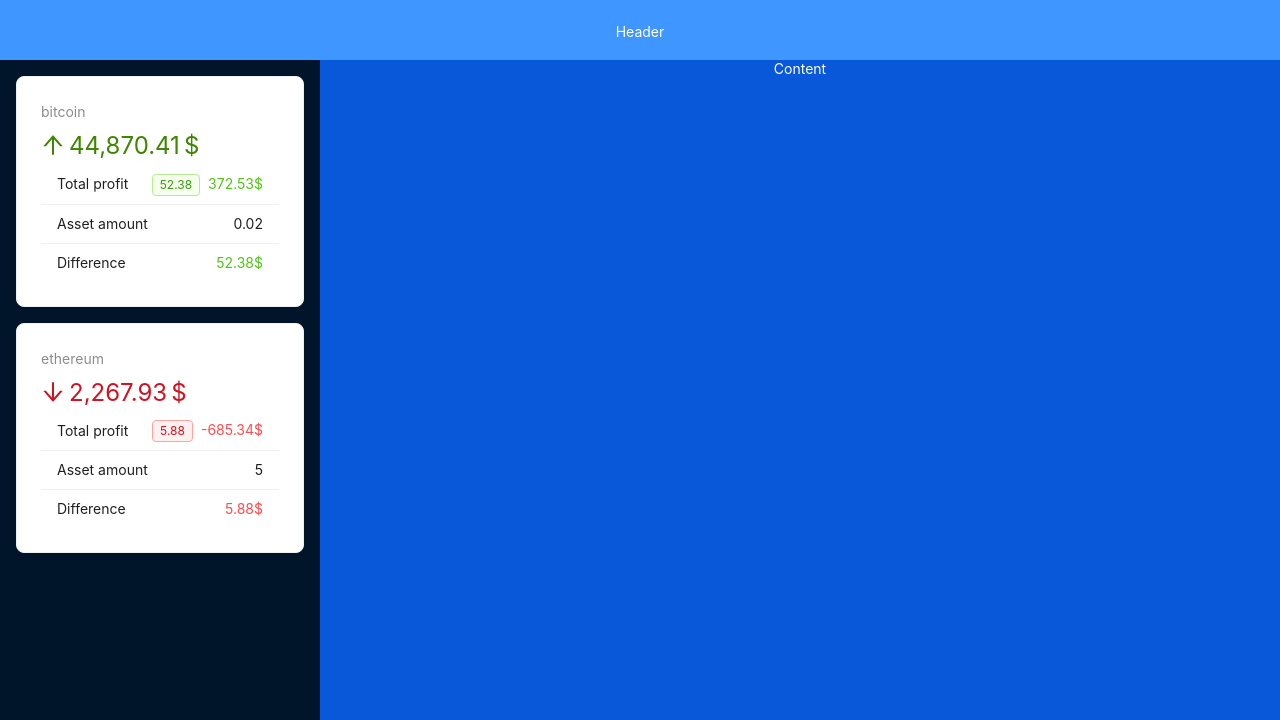
Repository: iveivs/ninim
Page: / (app in react-crypto-initial/)
The author's editor kept a copy of each file at every save. The page is drawn from the files as they stood at one save, then again after the next save.
The browser window is 1280 px wide. The pictures show the whole page.
The project was rebuilt for these pictures with package versions that can differ from the ones it lists, and the page was loaded fresh each time. Also part of the build but not shown: react-crypto-initial/vite.config.js.

Above is the page before, as saved 2024-02-18 17:39:40.

### react-crypto-initial/src/App.jsx
import { Layout } from "antd";
import AppContent from "./components/layout/AppContent";
import AppHeader from "./components/layout/AppHeader";
import AppSider from "./components/layout/AppSider";

export default function App() {
    return (
        <Layout >
            <AppHeader  />
            <Layout>
                <AppSider  />
                <AppContent  />
            </Layout>
        </Layout>
    );
}

### react-crypto-initial/src/components/layout/AppContent.jsx
import { Layout } from "antd";
const contentStyle = {
    textAlign: "center",
    minHeight: 'calc(100vh - 60px)',
    color: "#fff",
    backgroundColor: "#0958d9",
};

export default function AppContent() {
    return (
        <Layout.Content style={contentStyle}>Content</Layout.Content>
    )
}

### react-crypto-initial/src/components/layout/AppHeader.jsx
import { Layout } from "antd";
const headerStyle = {
    textAlign: "center",
    color: "#fff",
    height: 60,
    paddingInline: 48,
    lineHeight: "64px",
    backgroundColor: "#4096ff",
};
export default function AppHeader() {
    return (
        <Layout.Header style={headerStyle}>Header</Layout.Header>
    )
}

### react-crypto-initial/src/components/layout/AppSider.jsx

import { useEffect, useState } from "react";
import { Layout, Card, Statistic, List, Typography, Spin, Tag } from "antd";
import { ArrowDownOutlined, ArrowUpOutlined } from '@ant-design/icons';
import { fakeFetchCrypto, fetchAssets } from '../../api'
import { percentDifference } from '../../utils'
const siderStyle = {
    padding: '1rem',
};

export default function AppSider() {
    const [loading, setLoading ] = useState(false)
    const [crypto, setCrypto ] = useState([])
    const [assets, setAssets ] = useState([])

    useEffect(() => {
        async function preload() {
            setLoading(true)
            const { result } = await fakeFetchCrypto()
            const assets = await fetchAssets()

            setAssets(assets.map(asset => {
                const coin = result.find((c) => c.id === asset.id)
                return {
                    grow: asset.price < coin.price,
                    growPercent: percentDifference(asset.price, coin.price),
                    totalAmount: asset.amount + coin.price,
                    totalProfit: asset.amount * coin.price - asset.amount * asset.price,
                    ...asset
                }
            }))
            setCrypto(result)
            setLoading(false)
        }
        preload()
    }, [])

    if(loading) {
        return <Spin fullscreen />
    }
    return (
        <Layout.Sider width="25%" style={siderStyle}>

            {assets.map(asset => (
                <Card key={asset.id} style={{marginBottom: '1rem'}} >
                    <Statistic
                        title={asset.id}
                        value={asset.totalAmount}
                        precision={2}
                        valueStyle={{ color: asset.grow ? '#3f8600' : '#cf1322'}}
                        prefix={ asset.grow ? <ArrowUpOutlined /> : <ArrowDownOutlined />}
                        suffix="$"
                    />
                    <List
                        size="small"
                        dataSource={[
                            {title: "Total profit", value: asset.totalProfit, withTag: true},
                            {title: "Asset amount", value: asset.amount, isPlain: true},
                            {title: "Difference", value: asset.growPercent},
                        ]}
                        renderItem={(item) => (
                            <List.Item>
                                <span>{item.title}</span>
                                <span>
                                    {item.withTag && (
                                        <Tag color={asset.grow ? 'green' : 'red'}>
                                            {asset.growPercent}
                                        </Tag>
                                    )}
                                    {item.isPlain && item.value}
                                    {!item.isPlain && (
                                    <Typography.Text type={asset.grow ? 'success' : 'danger'}>
                                        {item.value.toFixed(2)}$
                                    </Typography.Text>
                                    )}
                                </span>
                            </List.Item>
                        )}
                    />
                </Card>
            ))}


            {/* <Card>
                <Statistic
                    title="Idle"
                    value={9.3}
                    precision={2}
                    valueStyle={{ color: '#cf1322' }}
                    prefix={<ArrowDownOutlined />}
                    suffix="%"
                />
            </Card> */}
        </Layout.Sider>
    );
}

### react-crypto-initial/src/api.js
import { cryptoData, cryptoAssets} from './data'

export function fakeFetchCrypto() {
    return new Promise((resolve) => {
        setTimeout(() => {
            resolve(cryptoData)
        }, 200)
    })
}

export function fetchAssets() {
    return new Promise((resolve) => {
        setTimeout(() => {
            resolve(cryptoAssets)
        }, 200)
    })
}

### react-crypto-initial/src/utils.js
export function percentDifference(a, b){
    return +(100 * Math.abs((a - b) / ((a + b) / 2))).toFixed(2)
}

Loaded but not shown: react-crypto-initial/index.html (common file); react-crypto-initial/src/main.jsx (common file); react-crypto-initial/src/index.css (common file); react-crypto-initial/src/data.js (625 lines, source omitted)

After the next save:
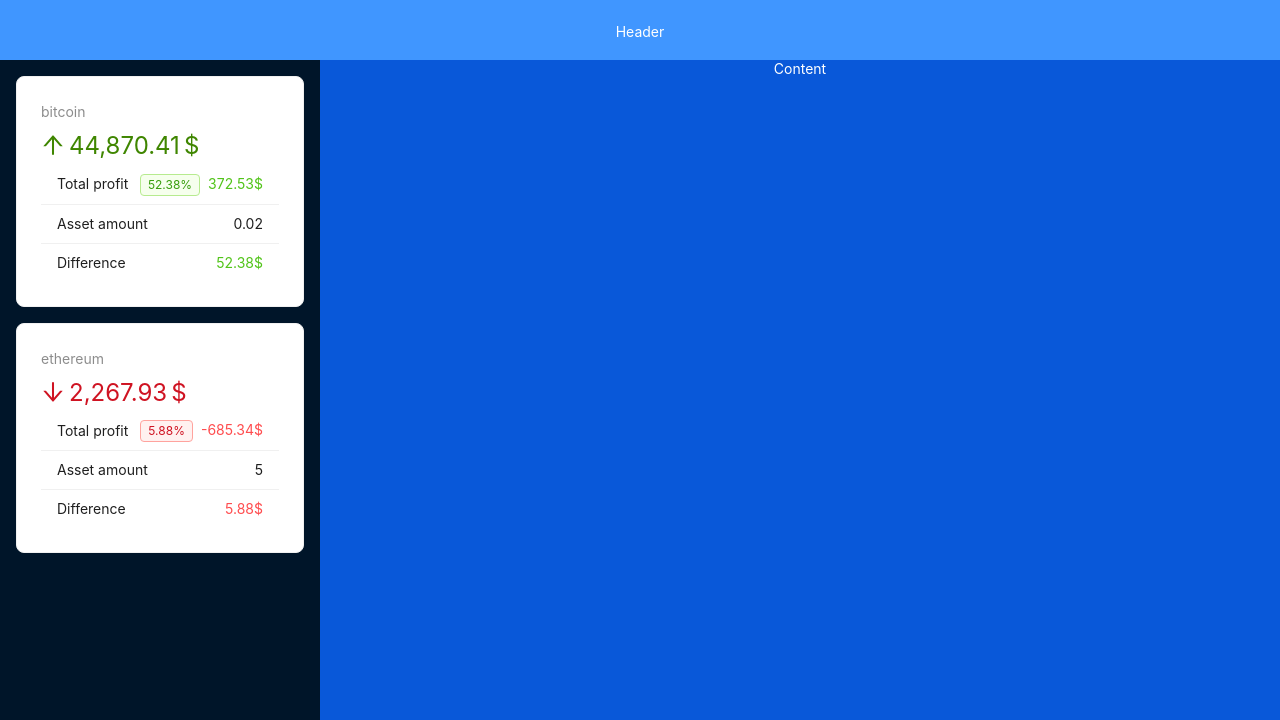
Saved 5 s later.
--- a/react-crypto-initial/src/components/layout/AppSider.jsx
+++ b/react-crypto-initial/src/components/layout/AppSider.jsx
@@ -64,7 +64,7 @@
                                 <span>
                                     {item.withTag && (
                                         <Tag color={asset.grow ? 'green' : 'red'}>
-                                            {asset.growPercent}
+                                            {asset.growPercent}%
                                         </Tag>
                                     )}
                                     {item.isPlain && item.value}
